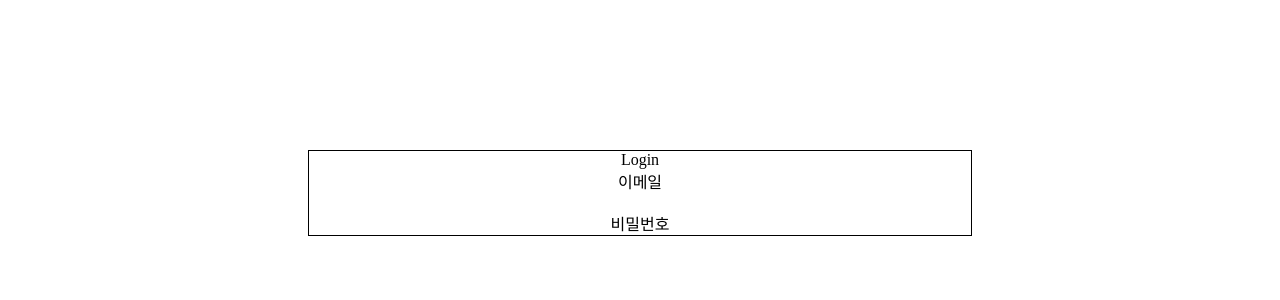
Repository: smandkd/Multicampus_Frontend
Page: http://localhost/Mulcam_Project/jsp/login.jsp
These files come from the project's save history. The page is drawn as it stood at one moment and after the next save; the edit follows.
The browser window is 1280 px wide. The pictures show the whole page.
The page is served by Tomcat 9.

Above is the page before, as saved 2022-01-30 02:00:58.

### Mulcam_Project/jsp/login.jsp
<%@ page contentType="text/html; charset=utf-8"
    pageEncoding="EUC-KR"%>
<!DOCTYPE html>
<html>
<head>
<meta name="viewport" content="width=device-width, initial-scale=1.0">
<style type="text/css">
.a {
	text-align:center;
	margin-right:300px;
	margin-left:300px;
	margin-top:150px;
	border:1px solid;
}
.b {

}
</style>
</head>
<body>

<div class="a">
	Login
	<div class="b">
		<div>이메일</div>
		<br/>
		<div>비밀번호</div>
	</div>
</div>
</body>
</html>

After the next save:
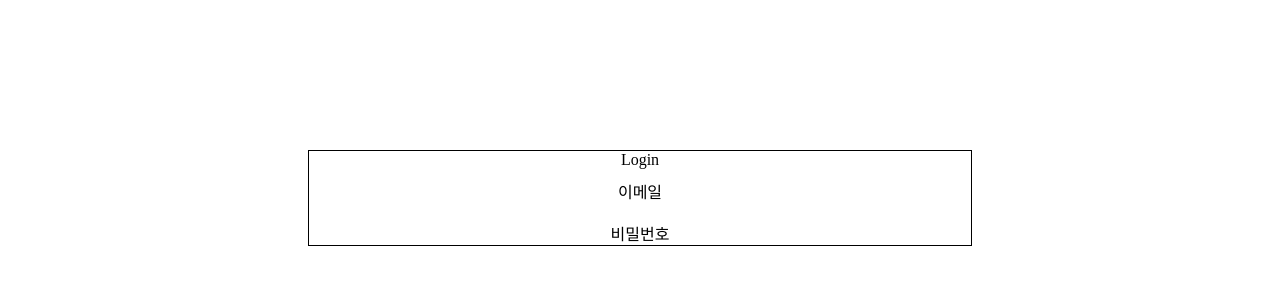
Saved 50 s later.
--- a/Mulcam_Project/jsp/login.jsp
+++ b/Mulcam_Project/jsp/login.jsp
@@ -13,7 +13,7 @@
 	border:1px solid;
 }
 .b {
-
+	margin-top:10px;
 }
 </style>
 </head>
@@ -21,10 +21,14 @@
 
 <div class="a">
 	Login
-	<div class="b">
-		<div>이메일</div>
+	<div>
+		<div class="b">
+		이메일
+		</div>
 		<br/>
-		<div>비밀번호</div>
+		<div>
+		비밀번호
+		</div>
 	</div>
 </div>
 </body>
